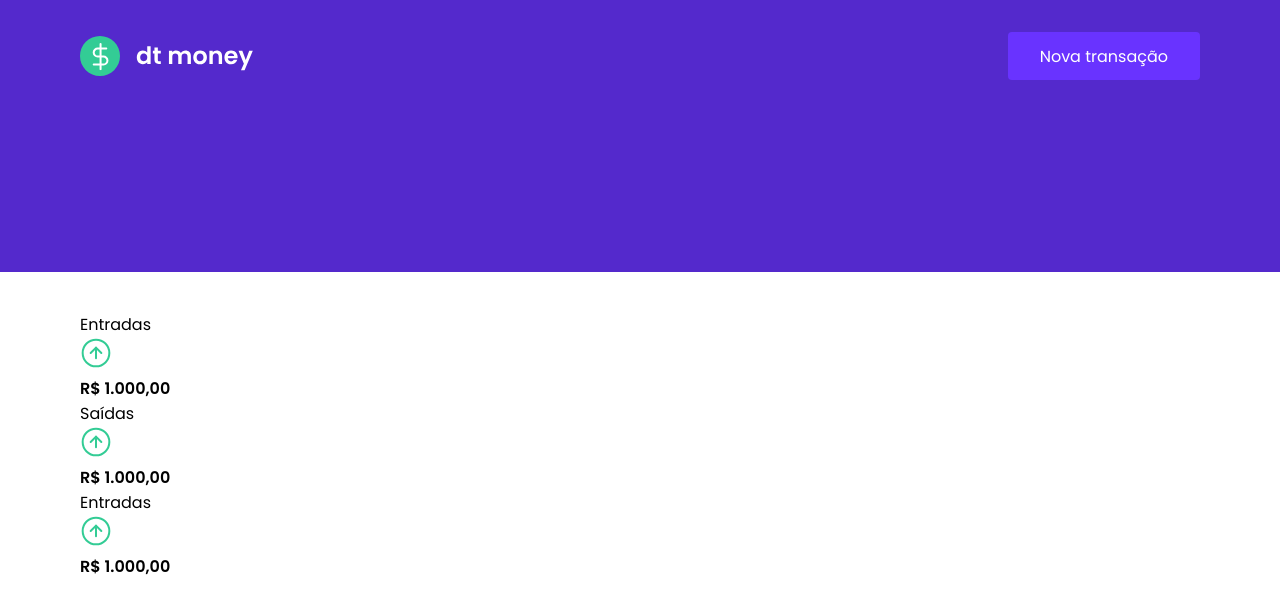
Repository: lucaslopesdevv/dtmoney
Page: /
The author's editor kept a copy of each file at every save. The page is drawn from the files as they stood at one save, then again after the next save.
The browser window is 1280 px wide. The pictures show the whole page.
The project was rebuilt for these pictures with package versions that can differ from the ones it lists, and the page was loaded fresh each time.

Above is the page before, as saved 2021-12-06 21:08:29.

### public/index.html
<!DOCTYPE html>
<html lang="en">
  <head>
    <link rel="preconnect" href="https://fonts.googleapis.com">
    <link rel="preconnect" href="https://fonts.gstatic.com" crossorigin>
    <meta charset="utf-8" />
    <meta name="viewport" content="width=device-width, initial-scale=1" />

<Link rel="shortcut icon" href="favicon.png" type="image/png"/>

    <title>Dtmoney</title>
    <link href="https://fonts.googleapis.com/css2?family=Poppins:wght@400;600&family=Roboto:wght@400;700&display=swap" rel="stylesheet">


  </head>
  <body>
    <noscript>You need to enable JavaScript to run this app.</noscript>
    <div id="root"></div>
  </body>
</html>

### src/App.tsx

import { Dashboard } from "./components/Header/Dashboard";
import { Header } from "./components/Header/index";
import { GlobalStyle } from "./styles/global";

export function App() {
  return (
    <>
      <Header />
      <Dashboard />
      <GlobalStyle />
    </>
  );
}

### src/components/Header/Dashboard/index.tsx
import { Summary } from '../../Summary';

import { Container } from './styles';


export function Dashboard() {
    return (
        <Container>
            <Summary />
        </Container>
    );
}

### src/components/Header/index.tsx
import logoImg from '../../assets/logo.svg';
import { Container, Content } from './styles';

export function Header() {
    return (
        <Container>
            <Content>
                <img src={logoImg} alt="dt money" />
                <button type="button">
                    Nova transação
                </button>
            </Content>
        </Container>
    )
}

### src/styles/global.ts
import { createGlobalStyle } from 'styled-components';

export const GlobalStyle = createGlobalStyle`
:root {
    --background: #F0F2F5;
    --red: #e52e4d;
    --blue: #5429cc;
    --blue-light: #6933ff;

    --text-title: #363f5f;
    --text-body: #969cb3;

    --shape: #ffffff;
}
    *{
        margin: 0;
        padding: 0;
        box-sizing: boder-box;
    }

/*font-size: 16px (Desktop)*/

html {
    @media (max-width: 1080px){
        font-size: 93.75%; /*15px*/
    }

    @media (max-width: 720px){
        font-size: 87.5%; /*14px*/
    }
}

    body {
        background-color: var(---background);
        -webkit-font-smoothing: antialiased;
    }

    body, input, textarea, button {
        font-family: 'Poppins', sans-serif;
        font-weight: 400;
    }

    h1, h2, h3, h4, h5, h6, strong{
        font-weight: 600;
    }

    button{
        cursor: pointer;
    }

    [disabled] {
        opacity: 0.6;
        cursor: not-allowed;
    }


`

### src/components/Summary/index.tsx
import incomeImg from '../../assets/income.svg';
import outcomeImg from '../../assets/outcome.svg';

import { Container } from './styles';

export function Summary() {
    return (
        <Container>
            <div>
                <header>
                    <p>Entradas</p>
                    <img src={incomeImg} alt="Entradas" />
                </header>
                <strong>R$ 1.000,00</strong>
            </div>

            <div>
                <header>
                    <p>Saídas</p>
                    <img src={incomeImg} alt="Entradas" />
                </header>
                <strong>R$ 1.000,00</strong>
            </div>

            <div>
                <header>
                    <p>Entradas</p>
                    <img src={incomeImg} alt="Entradas" />
                </header>
                <strong>R$ 1.000,00</strong>
            </div>
        </Container>
    )
}

### src/components/Header/Dashboard/styles.ts
import styled from "styled-components";

export const Container = styled.main`

    max-width: 1120px;
    margin: 0 auto;
    padding: 2.5rem 1rem;
`;

### src/components/Header/styles.ts
import styled from 'styled-components';

export const Container = styled.header`
background: var(--blue);

`;

export const Content = styled.div`
    max-width: 1120px;
    margin: 0 auto;

    padding: 2rem 1rem 12rem;
    display: flex;
    align-items: center;
    justify-content: space-between;

button{
    font-size: 1rem;
    color: #FFF;
    background: var(--blue-light);
    border: 0;
    padding: 0 2rem;
    border-radius: 0.25rem;
    height: 3rem;

    transition: filter 0.2s;

    &:hover{
        filter: brightness(0.9);
    }
}
`;

Loaded but not shown: src/index.tsx (common file); src/components/Summary/styles.ts (common file)

After the next save:
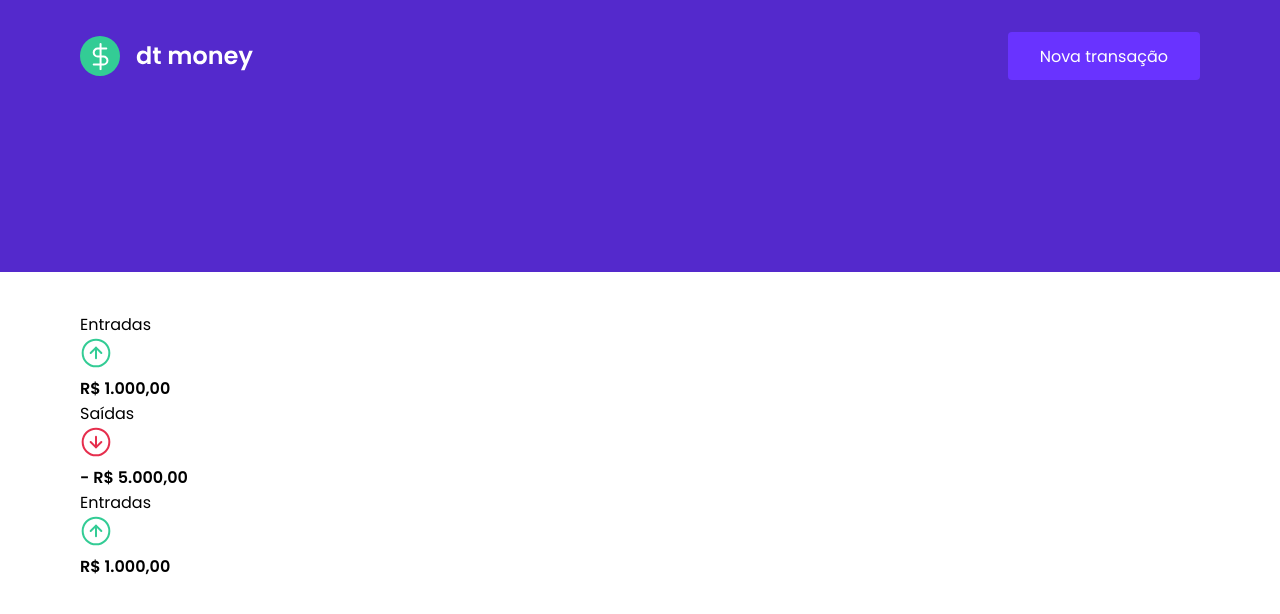
Saved 24 s later.
--- a/src/components/Summary/index.tsx
+++ b/src/components/Summary/index.tsx
@@ -17,9 +17,9 @@ export function Summary() {
             <div>
                 <header>
                     <p>Saídas</p>
-                    <img src={incomeImg} alt="Entradas" />
+                    <img src={outcomeImg} alt="Entradas" />
                 </header>
-                <strong>R$ 1.000,00</strong>
+                <strong> - R$ 5.000,00</strong>
             </div>
 
             <div>
